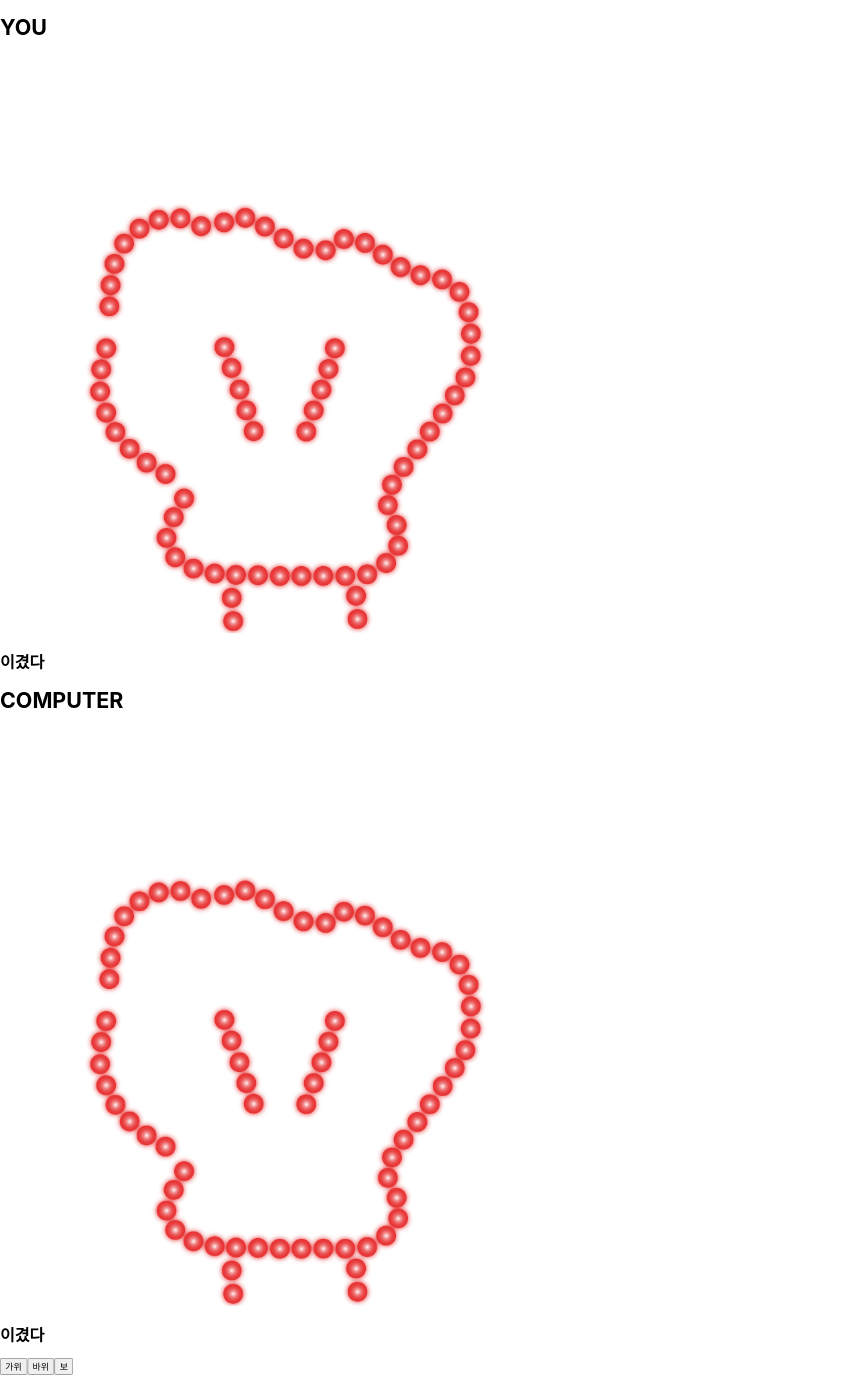
Repository: KIMMIHYE12/classComponent
Page: /
An editor plug-in stored every save of this project. The page is shown before and after the next save, followed by the edit.
The browser window is 1280 px wide. The pictures show the whole page, at 67% of full size.
The project was rebuilt for these pictures with package versions that can differ from the ones it lists, and the page was loaded fresh each time. Also part of the build but not shown: src/App.css.

Above is the page before, as saved 2024-03-18 20:09:42.

### src/App.js
import "./App.css";
import { Box } from "./component/Box";

function App() {
  return (
    <>
      <div>
        <Box title='YOU' />
        <Box title='COMPUTER' />
      </div>
      <div>
        <button>가위</button>
        <button>바위</button>
        <button>보</button>
      </div>
    </>
  );
}

export default App;

### src/component/Box.js
import React from "react";

export const Box = (props) => {
  console.log(props);
  return (
    <div>
      <h1>{props.title}</h1>
      <img src='./images/rock.png' />
      <h2>이겼다</h2>
    </div>
  );
};

Loaded but not shown: public/index.html (common file); src/index.js (common file); src/index.css (common file); src/reportWebVitals.js (common file)

After the next save:
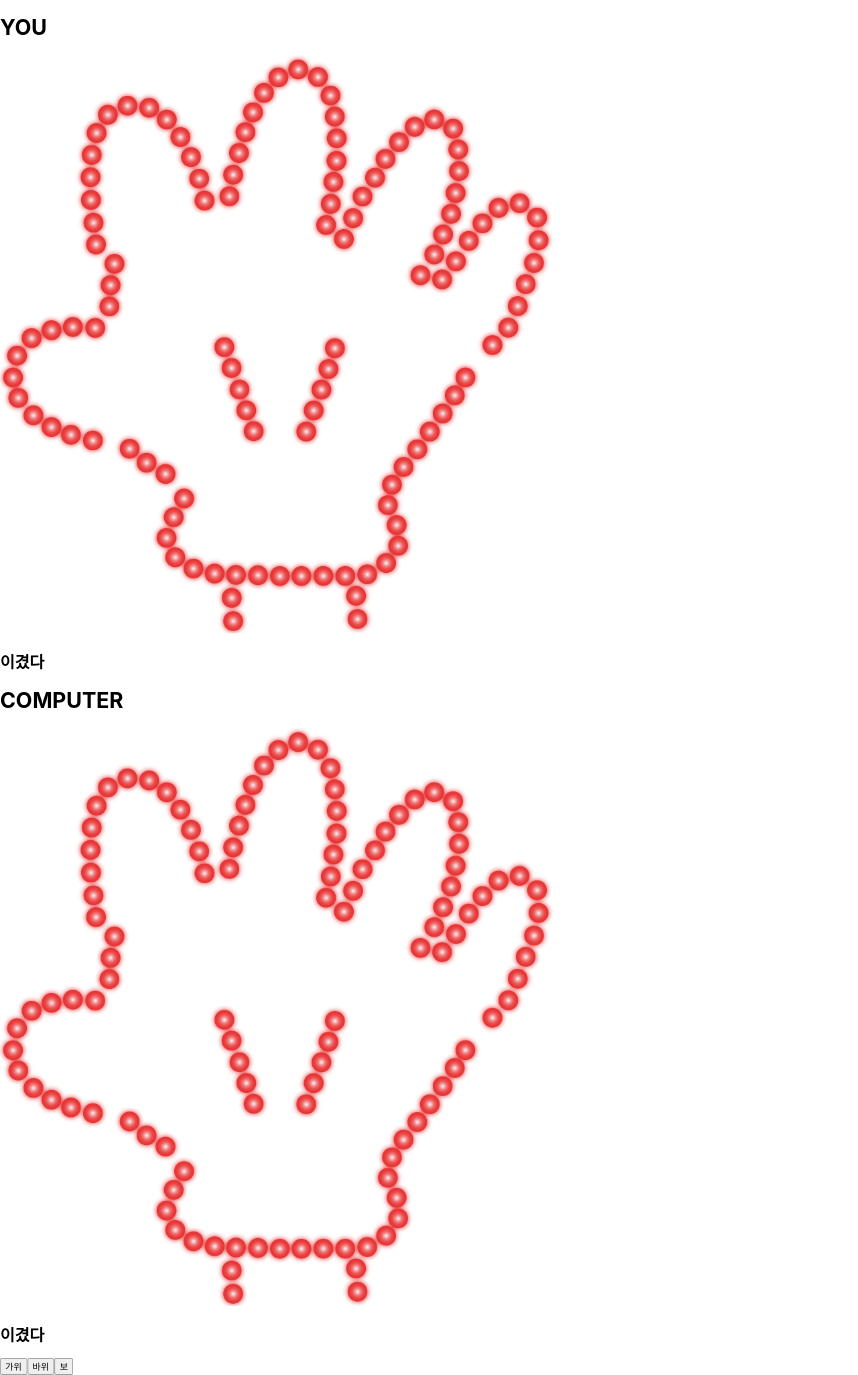
Saved 33 min 48 s later.
--- a/src/component/Box.js
+++ b/src/component/Box.js
@@ -5,7 +5,7 @@ export const Box = (props) => {
   return (
     <div>
       <h1>{props.title}</h1>
-      <img src='./images/rock.png' />
+      <img src='/images/paper.png' />
       <h2>이겼다</h2>
     </div>
   );

After the save that followed:
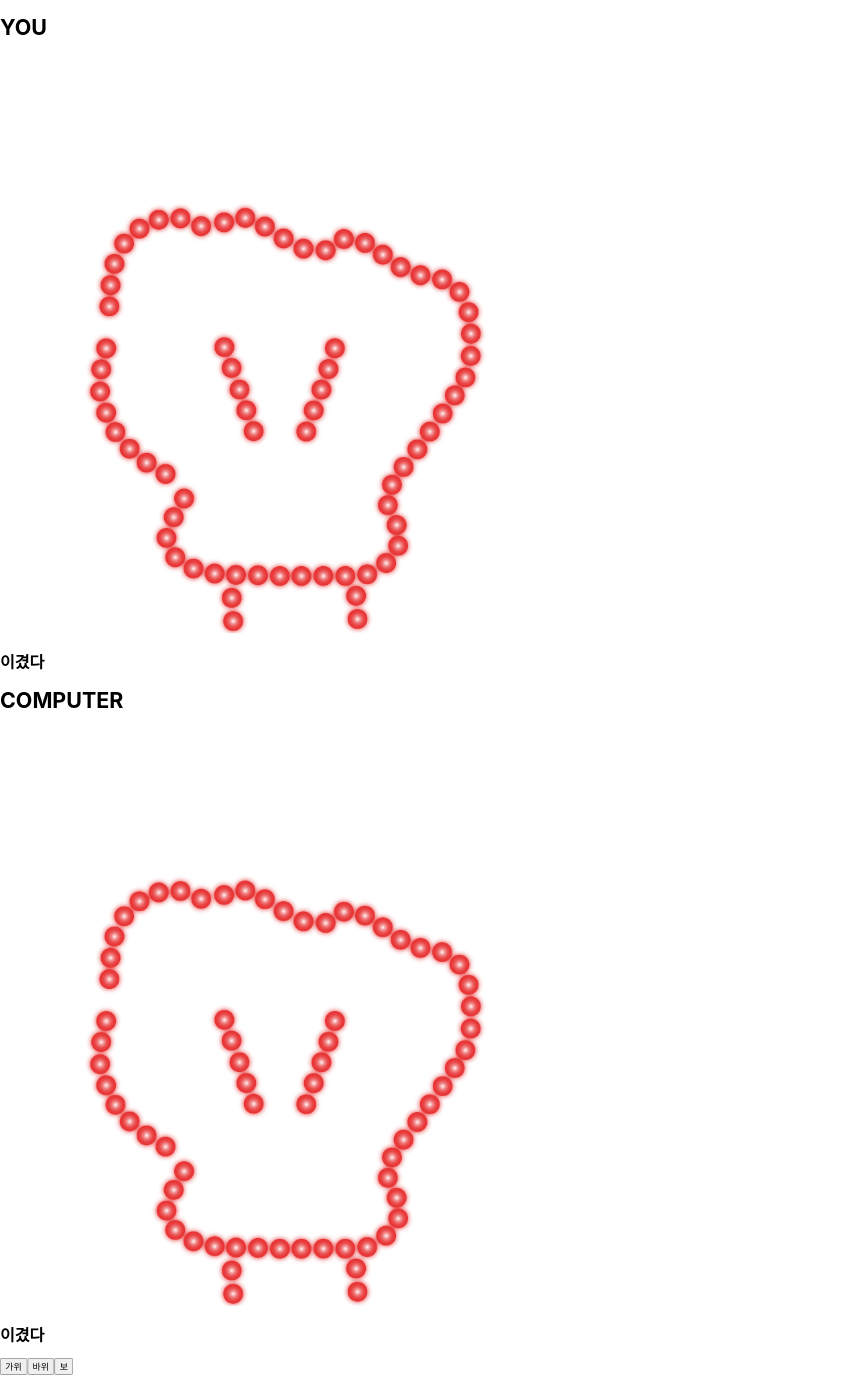
Saved 45 s later.
--- a/src/component/Box.js
+++ b/src/component/Box.js
@@ -5,7 +5,7 @@ export const Box = (props) => {
   return (
     <div>
       <h1>{props.title}</h1>
-      <img src='/images/paper.png' />
+      <img src='/images/rock.png' />
       <h2>이겼다</h2>
     </div>
   );
